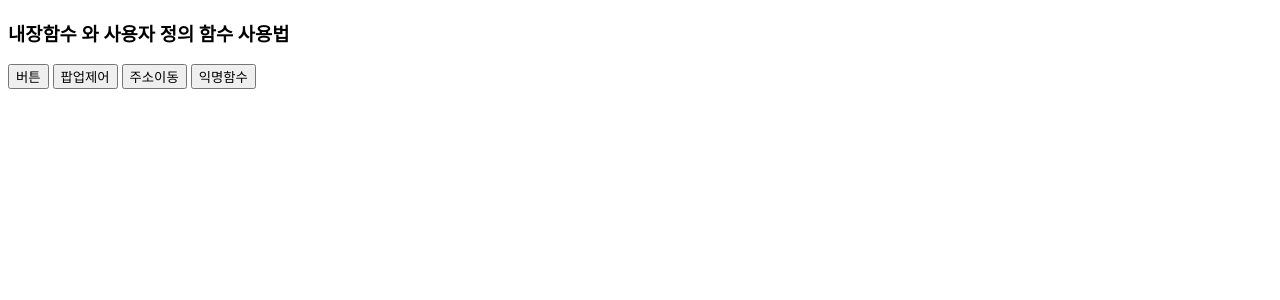
Repository: poomshen/team_03_project2
Page: JavaScript/WebContent/Ex07_Script_Function.html
The author's editor kept a copy of each file at every save. The page is drawn from the files as they stood at one save, then again after the next save.
The browser window is 1280 px wide. The pictures show the whole page.

Above is the page before, as saved 2016-08-30 05:33:15.

### JavaScript/WebContent/Ex07_Script_Function.html
<!DOCTYPE html>
<html>
<head>
<meta charset="UTF-8">
<title>사용자 정의 함수 :내장 함수</title>
<script type="text/javascript">
		//자바 : public void print(){}
		// 자바 :  public String print(){return ""}
		//자바 : public String print(int num){return ""}
      //parameter 있는 함수
		function Callconfirm() {
			if(window.confirm("작업내용....")){
				alert("삭제");
			}else{
				alert("취소");
			}
		}

		function ShowPopup() {
	         //내장함수
	         //window 객체가 가지는 함수 (open())
	         //open() 메서드

         ///http://www.w3schools.com/jsref/met_win_open.asp
         //window.open(URL,name,specs,replace)
         //specs 정의 : 브라우져마다 적용이 다르다
        window.open("Ex07_popup.html", "zipcode",
               "width = 200, heigth = 200, resizable = no");
         // resizable=yes|no|1|0   Whether or not the window is resizable.
         // IE only (익스플로 에서만)
		}
      function GuUrlTime(url) { //자바스크립트는 타입명시(x) > 변수명
         window.setTimeout("location.href='" + url + " ' " ,3000);
      }
      function myFunction(a, b){
    	  return a * b;
      }
      var result = myFunction(10,4);
      console.log(result);

      //익명 함수
      ChangeColor = function () {
		window.document.bgcolor = "silver";
	}
</script>
</head>
<body>
	<h3>내장함수 와 사용자 정의 함수 사용법</h3>
	<button onclick="Callconfirm()">버튼</button>
	<input type="button" value="팝업제어" onclick="ShowPopup()">
	<input type="button" value="주소이동" onclick="GuUrlTime('http://www.naver.com')">
	<input type="button" value="익명함수" onclick="ChangeColor">
</body>
</html>

After the next save:
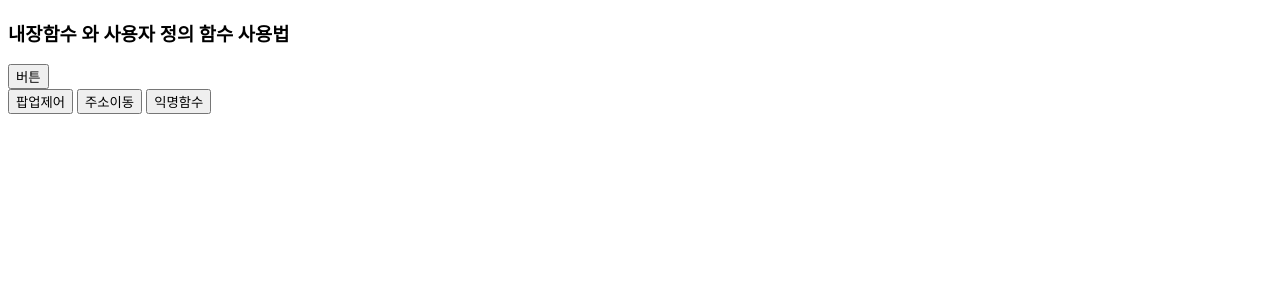
Saved 27 s later.
--- a/JavaScript/WebContent/Ex07_Script_Function.html
+++ b/JavaScript/WebContent/Ex07_Script_Function.html
@@ -46,7 +46,7 @@
 </head>
 <body>
 	<h3>내장함수 와 사용자 정의 함수 사용법</h3>
-	<button onclick="Callconfirm()">버튼</button>
+	<button onclick="Callconfirm()">버튼</button><br>
 	<input type="button" value="팝업제어" onclick="ShowPopup()">
 	<input type="button" value="주소이동" onclick="GuUrlTime('http://www.naver.com')">
 	<input type="button" value="익명함수" onclick="ChangeColor">
